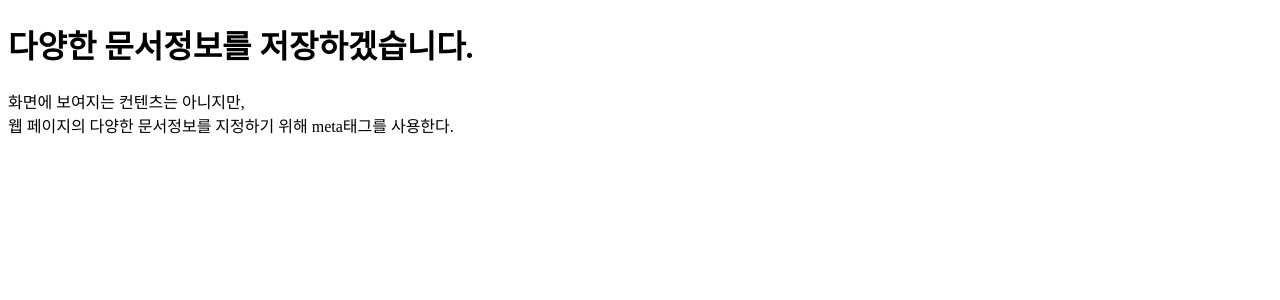
Repository: masima305/html_study
Page: Ex_1220/WebContent/day1/meta_tag.html
These files come from the project's save history. The page is drawn as it stood at one moment and after the next save; the edit follows.
The browser window is 1280 px wide. The pictures show the whole page.

Above is the page before, as saved 2017-12-20 05:38:02.

### Ex_1220/WebContent/day1/meta_tag.html
<!DOCTYPE html>
<html>
	<head>

		<meta charset="UTF-8">
		<title>메타태그</title>
		<meta name = "keywords" content = "웹표준, 웹컨텐츠 접근성"/>
		<meta name = "subject" content = "메타 태그 페이지"/>
		<meta name = "description" content="웹 표준의 개요와 사용지침(페이지 요약정보)"/>
		<meta name = "author" content="홍길동, abc@naver.com"/>
		<meta name = "capyright" content = "copyright 2017 inc corp."/>

	</head>
	<body>
		<h1>다양한 문서정보를 저장하겠습니다.</h1>
		<p>
			화면에 보여지는 컨텐츠는 아니지만,<br> 웹 페이지의 다양한 문서정보를 지정하기 위해 meta태그를 사용한다.
		</p>
	</body>
</html>

After the next save:
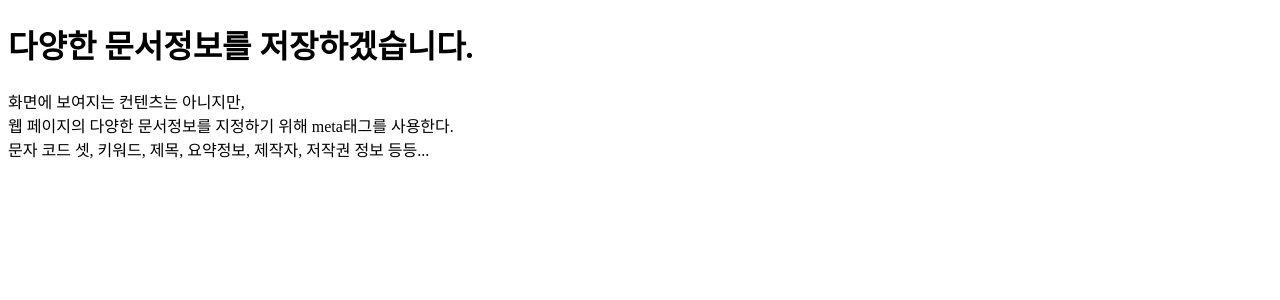
Saved 53 s later.
--- a/Ex_1220/WebContent/day1/meta_tag.html
+++ b/Ex_1220/WebContent/day1/meta_tag.html
@@ -15,6 +15,8 @@
 		<h1>다양한 문서정보를 저장하겠습니다.</h1>
 		<p>
 			화면에 보여지는 컨텐츠는 아니지만,<br> 웹 페이지의 다양한 문서정보를 지정하기 위해 meta태그를 사용한다.
+			<br>
+			문자 코드 셋, 키워드, 제목, 요약정보, 제작자, 저작권 정보 등등...
 		</p>
 	</body>
 </html>
